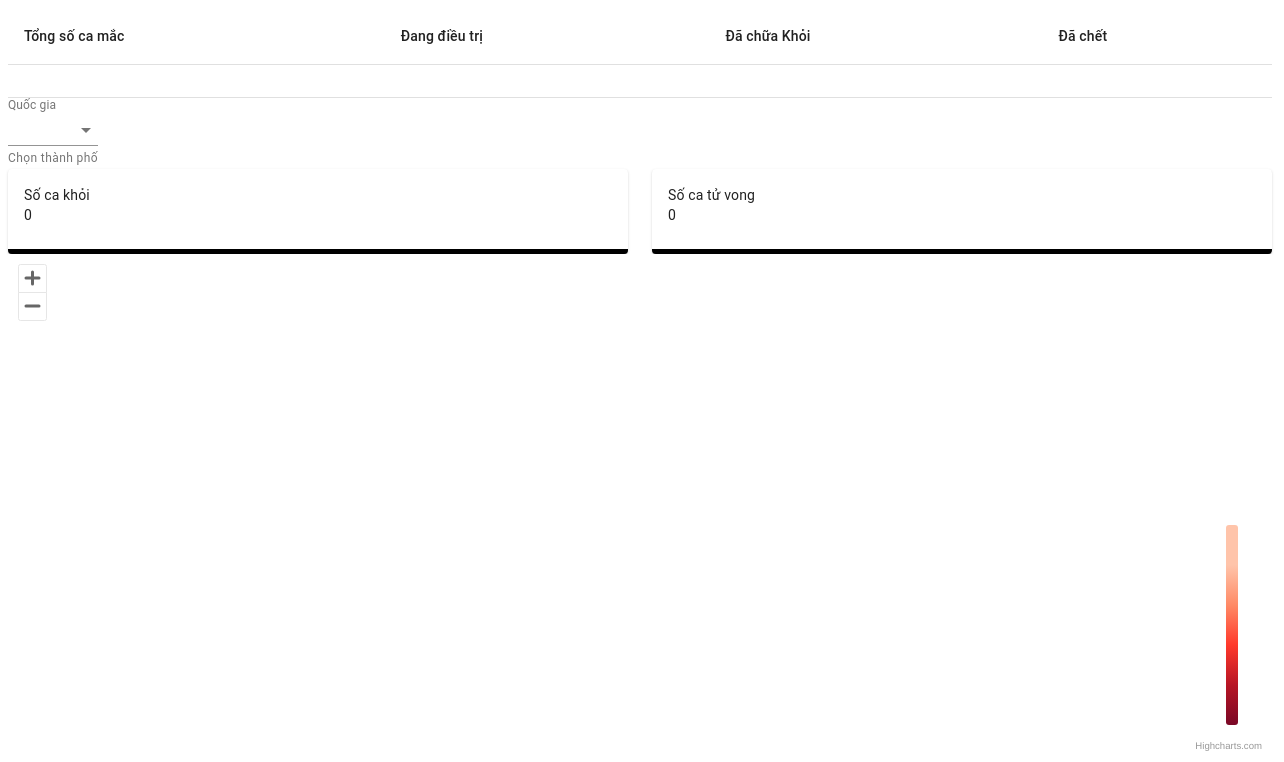
Repository: hdongqt/covidin
Page: /
The author's editor kept a copy of each file at every save. The page is drawn from the files as they stood at one save, then again after the next save.
The browser window is 1280 px wide. The page is 1284 px wide, so the pictures cover 1284 px, including what lies to the right of the window. The pictures show the whole page.
The page's requests for data from a server got no answer. The project was rebuilt for these pictures with package versions that can differ from the ones it lists, and the page was loaded fresh each time. No one was signed in, and anything a server would have sent is missing. Also part of the build but not shown: src/App.css.

Above is the page before, as saved 2021-08-02 10:28:24.

### src/App.js
import './App.css';
import Detail from './components/Detail';
import CountrySelector from './components/CountrySelector';
import Total from './components/Total';
import HighMaps from './components/HighMaps';
import { useEffect,useState } from 'react';

import {getDetail,getProvince} from './apis';
function App() {
  const [province, setProvince] = useState([]);
  const [selectedProvinceId, setSelectedProvinceId] = useState('');
  const [detail, setDetail] = useState([]);
  const [total, setTotal] = useState({});
  const [report, setReport] = useState({});

  useEffect(() => {
    getProvince().then((res) => {
      const { data } = res;
      setProvince(data.key)
      setSelectedProvinceId('79');
    })
  }, []);


  useEffect(() => {
    getDetail().then((res) => {
      const {infected,deceased,recovered,treated,detail} = res.data;
      setTotal({infected,deceased,recovered,treated})
      setDetail(detail)
    });
  }, []);

  const handelOnChange = (e) => {
    setSelectedProvinceId(e.target.value);
  };

  useEffect(() => {
    if(detail && selectedProvinceId){
      const info = detail.find(item=>item['hc-key'] === selectedProvinceId);
      setReport(info)
    }
  },[detail,selectedProvinceId]);

  return (
    <>
    <Total total={total} />
    <CountrySelector province={province} value={selectedProvinceId} handelOnChange={handelOnChange}/>
    <Detail report={report}/>
    <HighMaps />
    </>
  );
}

export default App;

### src/components/Detail/index.js
import React from 'react';
import { Grid } from '@material-ui/core';
import DetailCard from './DetailCard';

export default function Highlight({ report }) {
    const data = report  ? report : {};
    const summary = [
        {
            title: 'Số ca khỏi',
            count: data.socakhoi,
            type: 'treated'
        },
        {
            title: 'Số ca tử vong',
            count: data.socatuvong,
            type: 'deceased'
        }
    ]
  return (
    <Grid container spacing={3}>
     {
       summary.map((item,index)=><DetailCard key={index} title={item.title} count={item.count >0 ? item.count : 0} type={item.type>0? item.count : 0} />)
     }
    </Grid>
  );
}

### src/components/CountrySelector/index.js
import React from 'react'
import { FormControl,FormHelperText,InputLabel,NativeSelect} from '@material-ui/core'
const hec='hec-key';
export default function CountrySelector({value,handelOnChange,province}) {
  // console.log(province)
    return (
        <FormControl>
        <InputLabel htmlFor="" shrink>Quốc gia</InputLabel>
        <NativeSelect
        value ={value}
        onChange={handelOnChange}
        inputProps = {{
            name: 'country',
            id: 'country-selector'
        }}>
           {
          province.length > 0 && province.map((item,index) =>
          {
         return <option key={index} value={item[hec]}>
            {item.name}
           </option>
         }
        )
        }
        </NativeSelect>
        <FormHelperText>Chọn thành phố</FormHelperText>
      </FormControl>
    )
}

### src/components/Total/index.js
import { Grid,TableBody, TableCell, Table,TableRow,TableContainer, TableHead } from '@material-ui/core'
import React from 'react'

export default function Total({total}) {
    return (
     <div>
 <Grid container>
   <Grid item sm={12} xs={12}>
   <TableContainer>
      <Table aria-label="simple table">
        <TableHead>
          <TableRow>
            <TableCell>Tổng số ca mắc</TableCell>
            <TableCell>Đang điều trị</TableCell>
            <TableCell>Đã chữa Khỏi</TableCell>
            <TableCell>Đã chết</TableCell>
          </TableRow>
        </TableHead>
        <TableBody>
        <TableRow>
              <TableCell>{total.infected}</TableCell>
              <TableCell>{total.treated}</TableCell>
              <TableCell>{total.recovered}</TableCell>
              <TableCell>{total.deceased}</TableCell>
         </TableRow>
        </TableBody>
      </Table>
    </TableContainer>
             </Grid>
         </Grid>
     </div>
    )
}

### src/components/HighMaps/index.js


import React from 'react'
import Highcharts from 'highcharts'
import HighchartsReact from 'highcharts-react-official'
import highchartsMap from 'highcharts/modules/map';

highchartsMap(Highcharts);
const initOptions = {
  chart: {
    height: '500',
  },
  title: {
    text: null,
  },
  mapNavigation: {
    enabled: true,
  },
  colorAxis: {
    min: 0,
    stops: [
      [0.2, '#FFC4AA'],
      [0.4, '#FF8A66'],
      [0.6, '#FF392B'],
      [0.8, '#B71525'],
      [1, '	#7A0826'],
    ],
  },
  legend: {
    layout: 'vertical',
    align: 'right',
    verticalAlign: 'bottom',
  },
  series: [
    {
      mapData: {},
      name: 'Dân số',
      joinBy: ['hc-key', 'key'],
    },
  ],
};
export default function HighMaps() {
  return (
    <HighchartsReact
    highcharts={Highcharts}
    options={initOptions}
    constructorType={'mapChart'}
  />
  )
}















// import React, { useEffect, useRef, useState } from 'react';
// import Highcharts from 'highcharts';
// import HighchartsReact from 'highcharts-react-official';
// import highchartsMap from 'highcharts/modules/map';
// import { cloneDeep } from 'lodash';

// // Load Highcharts modules
// highchartsMap(Highcharts);

// const initOptions = {
//   chart: {
//     height: '500',
//   },
//   title: {
//     text: null,
//   },
//   mapNavigation: {
//     enabled: true,
//   },
//   colorAxis: {
//     min: 0,
//     stops: [
//       [0.2, '#FFC4AA'],
//       [0.4, '#FF8A66'],
//       [0.6, '#FF392B'],
//       [0.8, '#B71525'],
//       [1, '	#7A0826'],
//     ],
//   },
//   legend: {
//     layout: 'vertical',
//     align: 'right',
//     verticalAlign: 'bottom',
//   },
//   series: [
//     {
//       name: 'Dân số',
//       joinBy: ['hc-key', 'key'],
//     },
//   ],
// };

//   return (
//     <HighchartsReact
//       highcharts={Highcharts}
//       options={{}}
//       constructorType={'mapChart'}
//       ref={chartRef}
//     />
//   );
// };

// HighMaps.defaultProps = {
//   mapData: {},
// };

// export default React.memo(HighMaps);

### src/apis/index.js
import axios from 'axios';
export const getProvince = () =>
 axios.get('https://api.apify.com/v2/key-value-stores/p3nS2Q9TUn6kUOriJ/records/LATEST?fbclid=IwAR0mNCF4J1qQZxmuYQoiFNByQLLOkiENx5M0w92Ryx7_21oazAlT83QVqFA');

 export const getReportByCountry = (country) =>
  axios.get(
    `https://api.covid19api.com/dayone/country/${country}`
  );

export const getDetail =() =>
axios.get('https://api.apify.com/v2/key-value-stores/ZsOpZgeg7dFS1rgfM/records/LATEST?fbclid=IwAR0HsRp6-Mp3OzvsbruqqGBjWhKPPqrw-1neaOYqtvTqtT26SrtiiA4xUPA');

### src/components/Detail/DetailCard.js
import React from 'react';
import { CardContent, Typography, Card, makeStyles,Grid } from '@material-ui/core';

const useStyles = makeStyles({
  wrapper: (props) => {
    // console.log({ props });
    if (props.type === 'confirmed') return { borderBottom: '5px solid #F80909' };
    if (props.type === 'recovered') return { borderBottom: '5px solid #0000FF' };
    else return { borderBottom: '5px solid #000' };
  },
  title: { fontSize: 18, marginBottom: 5 },
  count: { fontWeight: 'bold', fontSize: 18 },
});

export default function DetailCard({title,count,type}) {
  const styles = useStyles({ type });
  return (
    <Grid item sm={6} xs={12}>
    <Card className={styles.wrapper}>
      <CardContent>
        <Typography variant='body2' component='p' className={styles.type}>
         {title}
        </Typography>
        <Typography variant='body2' component='span' className={styles.type}>
       {count}
        </Typography>
      </CardContent>
    </Card>
    </Grid>
  );
}

Loaded but not shown: public/index.html (common file); src/index.js (common file)

After the next save:
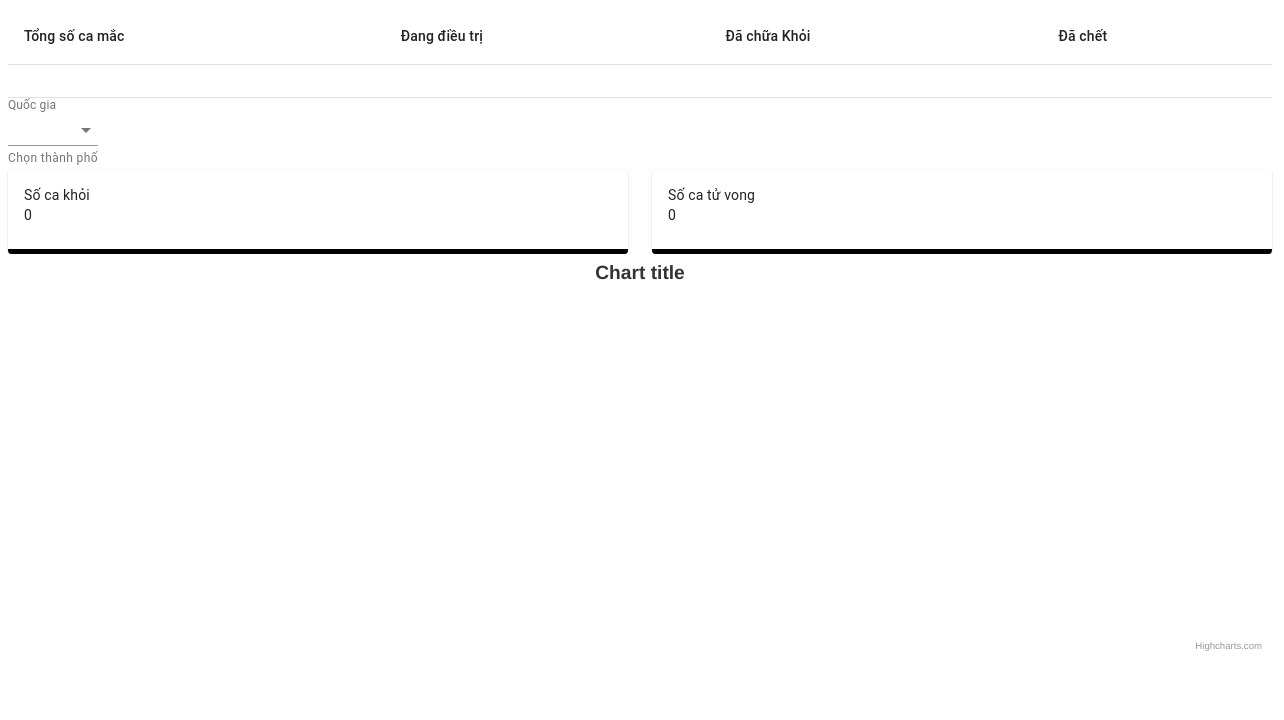
Saved 5 min 58 s later.
--- a/src/components/HighMaps/index.js
+++ b/src/components/HighMaps/index.js
@@ -43,7 +43,7 @@ export default function HighMaps() {
   return (
     <HighchartsReact
     highcharts={Highcharts}
-    options={initOptions}
+    options={{}}
     constructorType={'mapChart'}
   />
   )
